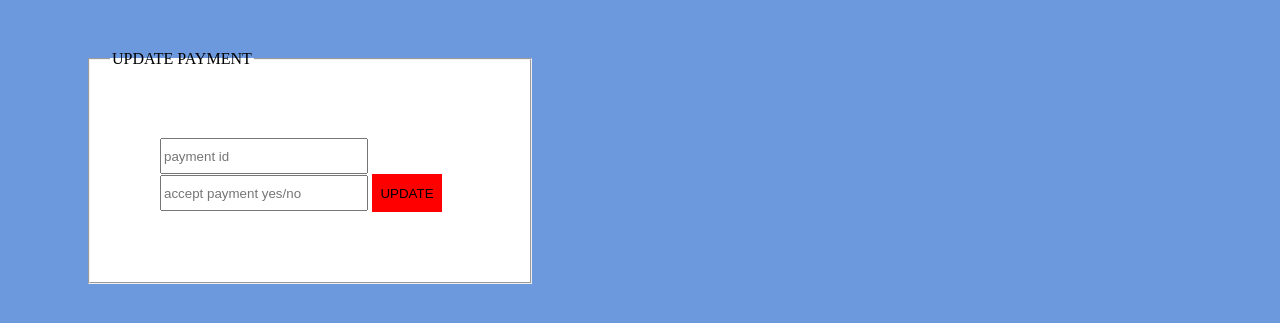
Repository: Nihara-R/Vehicle-Insurance-Portal
Page: http://localhost/paymentupdate.php
An editor plug-in stored every save of this project. The page is shown before and after the next save, followed by the edit.
The browser window is 1280 px wide. The pictures show the whole page.
The page is run by PHP 8.4 with error messages shown; the project is at /var/www/html/.

Above is the page before, as saved 2023-06-29 09:06:29.

After the next save:
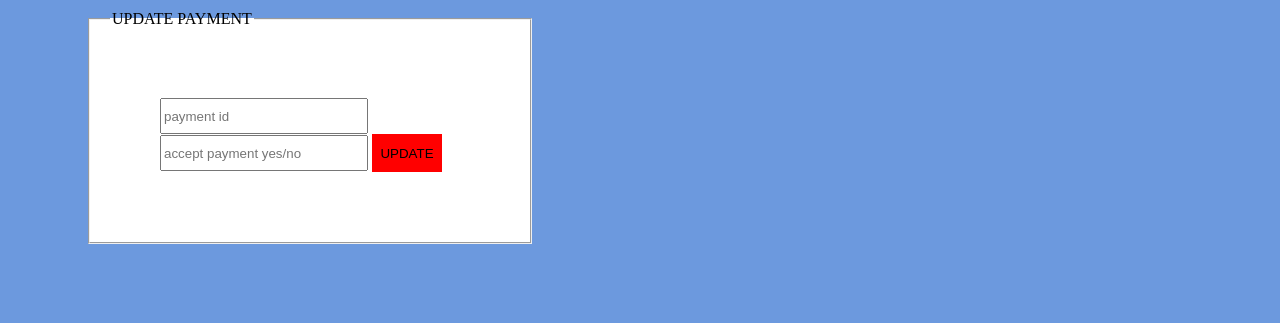
Saved 9 s later.
--- a/css/deletuser.css
+++ b/css/deletuser.css
@@ -20,7 +20,7 @@ fieldset{
   align-items: center;
   justify-content: center;
   margin-left: 80px;
-  margin-top: 50px;
+  margin-top: 10px;
 
   background: white;
 }
